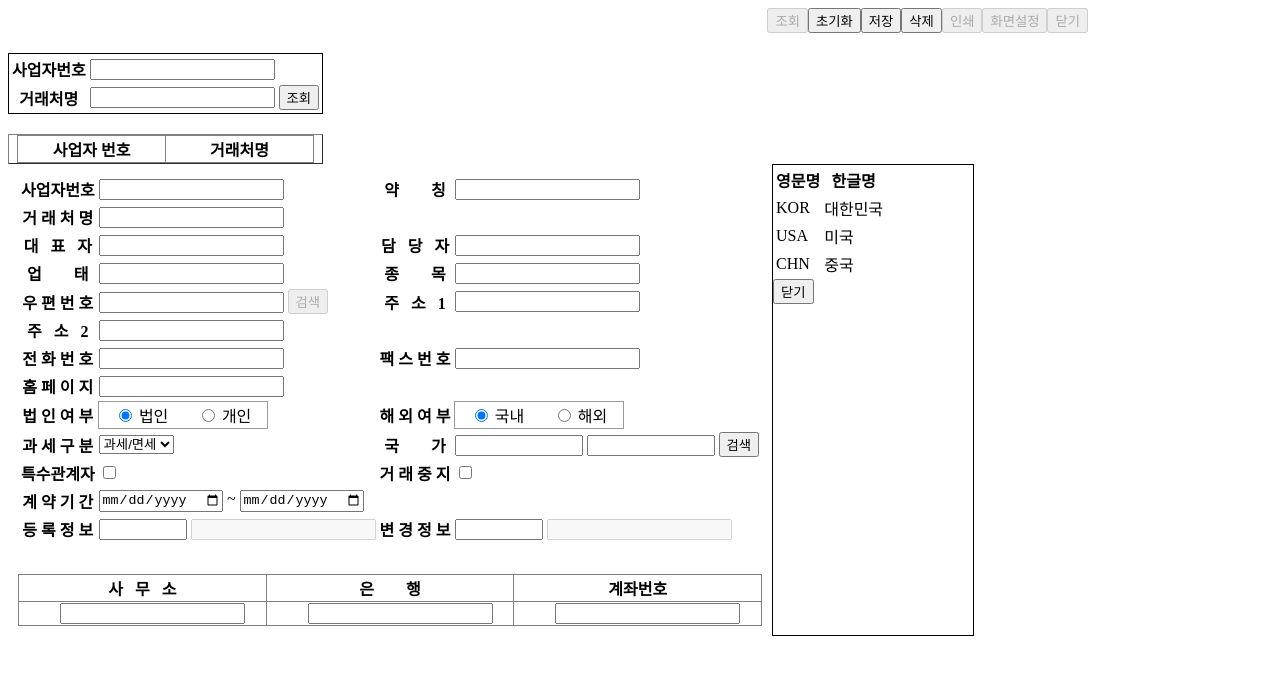
Repository: Chocobe/-practice-FrontSide-Tip
Page: http://localhost/wishTestProject/views/accountManager/accountManagerView.jsp
An editor plug-in stored every save of this project. The page is shown before and after the next save, followed by the edit.
The browser window is 1280 px wide. The pictures show the whole page.
The page is served by Tomcat 9. Nobody is signed in. The application's start-up code is not run. Other server files are loaded and not shown.

Above is the page before, as saved 2020-02-27 08:08:45.

### wishTest/wishTestProject/WebContent/views/accountManager/accountManagerView.jsp
<%@page import="java.util.Date"%>
<%@page import="java.io.File"%>
<%@ page
	language="java"
	contentType="text/html;charset=UTF-8"
	pageEncoding="UTF-8"

	info="거래처 관리 페이지"
%>

<%@ taglib prefix="c" uri="http://java.sun.com/jsp/jstl/core" %>

<c:set var="contextPath" value="<%= request.getContextPath() %>"/>


<%
	String accountManagerView_css = application.getRealPath("/css/accountManager/accountManagerView.css");
	File accountManagerView_css_file = new File(accountManagerView_css);
	Date accountManagerView_css_ver = new Date(accountManagerView_css_file.lastModified());

	String accountManagerView_js = application.getRealPath("/js/accountManager/accountManagerView.js");
	File accountManagerView_js_file = new File(accountManagerView_js);
	Date accountManagerView_js_ver = new Date(accountManagerView_js_file.lastModified());
%>

<c:set var="accountManagerView_css_ver" value="<%= accountManagerView_css_ver %>"/>
<c:set var="accountManagerView_js_ver" value="<%= accountManagerView_js_ver %>"/>


<!DOCTYPE html>
<html lang="ko">
    <head>
        <meta charset="UTF-8">
        <title>거래처 관리</title>

        <link href="${contextPath}/css/accountManager/accountManagerView.css?ver=${accountManagerView_css_ver}" rel="stylesheet" type="text/css">
    </head>

    <body>
        <div class="wrap">
            <!-- 버튼 컨테이너 -->
            <div class="buttonContainer">
                <input type="button" class="search" value="조회" disabled>
                <input type="button" class="init" value="초기화" onclick="initPage(`${contextPath}`);">
                <input type="button" class="insert" value="저장" onclick="insertData(`${contextPath}`);">
                <input type="button" class="delete" value="삭제" onclick="deleteData(`${contextPath}`);">
                <input type="button" class="print" value="인쇄" disabled>
                <input type="button" class="config" value="화면설정" disabled>
                <input type="button" class="close" value="닫기" disabled>
            </div>


            <!-- 검색 컨테이너 -->
            <div class="searchContainer">
                <!-- 검색창 -->
                <div class="searchInnerContainer">
                    <table>
                        <tr>
                            <th>사업자번호</th>

                            <td>
                                <input type="text" name="voBusiNum" class="searchVoBusiNum">
                            </td>

                            <td></td>
                        </tr>

                        <tr>
                            <th>거래처명</th>

                            <td>
                                <input type="text" name="voCustom" class="searchVoCustom">
                            </td>

                            <td>
                                <input type="submit" value="조회" onclick="searchData(`${contextPath}`);">
                            </td>
                        </tr>
                    </table>
                </div>


                <!-- 검색 결과창 -->
                <div class="resultContainer">
                    <table border="1" style="border-collapse: collapse">
                        <tr>
                            <th>사업자 번호</th>
                            <th>거래처명</th>
                        </tr>
                    </table>
                </div>
            </div>


            <!-- 입력 컨테이너 -->
            <!-- "저장"버튼 - js로 submit() -->
            <div class="insertContainer">
                <form class="insertForm" action="${contextPath}/insertCustom.do" method="POST">
                    <table>
                        <tr>
                            <th>사업자번호</th>

                            <td>
                                <input type="text" name="voBusiNum" class="voBusiNum">
                                <input type="hidden" name="voBusiNumOrigin" class="voBusiNumOrigin">
                            </td>


                            <th>약&nbsp;&nbsp;&nbsp;&nbsp;&nbsp;&nbsp;&nbsp;&nbsp;칭</th>

                            <td>
                                <input type="text" name="voShort" class="voShort">
                            </td>
                        </tr>

                        <tr>
                            <th>거 래 처 명</th>

                            <td colspan="4">
                                <input type="text" name="voCustom" class="voCustom longBox">
                            </td>
                        </tr>

                        <tr>
                            <th>대&nbsp;&nbsp;&nbsp;표&nbsp;&nbsp;&nbsp;자</th>

                            <td>
                                <input type="text" name="voCEO" class="voCEO">
                            </td>


                            <th>담&nbsp;&nbsp;&nbsp;당&nbsp;&nbsp;&nbsp;자</th>

                            <td>
                                <input type="text" name="voChargePerson" class="voChargePerson">
                            </td>
                        </tr>

                        <tr>
                            <th>업&nbsp;&nbsp;&nbsp;&nbsp;&nbsp;&nbsp;&nbsp;&nbsp;태</th>

                            <td>
                                <input type="text" name="voBusiCondition" class="voBusiCondition">
                            </td>


                            <th>종&nbsp;&nbsp;&nbsp;&nbsp;&nbsp;&nbsp;&nbsp;&nbsp;목</th>

                            <td>
                                <input type="text" name="voItem" class="voItem">
                            </td>
                        </tr>

                        <tr>
                            <th>우 편 번 호</th>

                            <td>
                                <input type="text" name="voPostNum" class="voPostNum">
                                <input type="button" class="postSearchButton" value="검색" disabled>
                            </td>

                            <th>주&nbsp;&nbsp;&nbsp;소&nbsp;&nbsp;&nbsp;1</th>

                            <td>
                                <input type="text" name="voAddr1" class="voAddr1">
                            </td>
                        </tr>

                        <tr>
                            <th>주&nbsp;&nbsp;&nbsp;소&nbsp;&nbsp;&nbsp;2</th>

                            <td colspan="3">
                                <input type="text" name="voAddr2" class="voAddr2">
                            </td>
                        </tr>

                        <tr>
                            <th>전 화 번 호</th>

                            <td>
                                <input type="text" name="voTEL" class="voTEL">
                            </td>

                            <th>팩 스 번 호</th>

                            <td>
                                <input type="text" name="voFAX" class="voFAX">
                            </td>
                        </tr>

                        <tr>
                            <th>홈 페 이 지</th>

                            <td colspan="3">
                                <input type="text" name="voHomePage" class="voHomePage">
                            </td>
                        </tr>

                        <tr>
                            <th>법 인 여 부</th>

                            <td class="alignTD" style="border: 1px solid #999;">
                                <div class="radioWrap">
                                    <input type="radio" name="voCoYN" class="voCoYN voCoYN_Y" id="voCoYN_L" value="Y" checked>
                                    <label for="voCoYN_L">법인</label>
                                </div>

                                <div class="radioWrap">
                                    <input type="radio" name="voCoYN" class="voCoYN voCoYN_N" id="voCoYN_P" value="N">
                                    <label for="voCoYN_P">개인</label>
                                </div>
                            </td>

                            <th>해 외 여 부</th>

                            <td class="alignTD" style="border: 1px solid #999;">
                                <div class="radioWrap">
                                    <input type="radio" name="voForeignYN" class="voForeignYN voForeignYN_N" id="voForeignYN_L" value="N" checked>
                                    <label for="voForeignYN_L">국내</label>
                                </div>

                                <div class="radioWrap">
                                    <input type="radio" name="voForeignYN" class="voForeignYN voForeignYN_Y" id="voForeignYN_P" value="Y">
                                    <label for="voForeignYN_P">해외</label>
                                </div>
                            </td>
                        </tr>

                        <tr>
                            <th>과 세 구 분</th>

                            <td>
                                <select name="voTaxYN" class="voTaxYN">
                                    <option value="Y" selected>과세/면세</option>
                                    <option value="N">비과세</option>
                                </select>
                            </td>

                            <th>국&nbsp;&nbsp;&nbsp;&nbsp;&nbsp;&nbsp;&nbsp;&nbsp;가</th>

                            <td>
                                <!-- 수정불가로 변경할 것 -->
                                <input type="text" name="voCountryENG" class="voCountryENG">
                                <input type="text" name="voCountryKOR" class="voCountryKOR">

                                <!-- js로 국가 목록 출력 & 위의 입력값에 대입 -->
                                <input type="button" value="검색" onclick="">
                            </td>
                        </tr>

                        <tr>
                            <th>특수관계자</th>

                            <td>
                                <input type="checkbox" name="voSpecialRelation" class="voSpecialRelation" value="Y">
                            </td>

                            <th>거 래 중 지</th>

                            <td>
                                <input type="checkbox" name="voTradeStop" class="voTradeStop" value="Y">
                            </td>
                        </tr>

                        <tr>
                            <th>계 약 기 간</th>

                            <td colspan="3">
                                <input type="date" name="voContractPeriod_S" class="voContractPeriod_S">
                                ~
                                <input type="date" name="voContractPeriod_E" class="voContractPeriod_E">
                            </td>
                        </tr>

                        <tr>
                            <th>등 록 정 보</th>

                            <td>
                                <input type="text" name="voRegiInfoMan" class="voRegiInfoMan">
                                <input type="text" name="voRegiInfoDate" class="voRegiInfoDate" disabled>
                            </td>

                            <th>변 경 정 보</th>

                            <td>
                                <input type="text" name="voModiInfoMan" class="voModiInfoMan">
                                <input type="text" name="voModiInfoDate" class="voModiInfoDate" disabled>
                            </td>
                        </tr>
                    </table>


                    <!-- 거래처 계좌정보 -->
                    <table class="accountInfoTable" border="1" style="border-collapse: collapse;">
                        <tr>
                            <th>사&nbsp;&nbsp;&nbsp;무&nbsp;&nbsp;&nbsp;소</th>
                            <th>은&nbsp;&nbsp;&nbsp;&nbsp;&nbsp;&nbsp;&nbsp;&nbsp;행</th>
                            <th>계좌번호</th>
                        </tr>

                        <tr>
                            <td>
                                <input type="text" name="voFactory" class="voFactory">
                            </td>

                            <td>
                                <input type="text" name="voTradeBank" class="voTradeBank">
                            </td>

                            <td>
                                <input type="text" name="voAccountNum" class="voAccountNum">
                            </td>
                        </tr>
                    </table>
                </form>
            </div>

            <div class="countryPop">
	            <table>
	                <tr>
	                    <th>영문명</th>
	                    <th>한글명</th>
	                </tr>

	                <tr>
	                    <td>KOR</td>
	                    <td>대한민국</td>
	                </tr>

	                <tr>
	                    <td>USA</td>
	                    <td>미국</td>
	                </tr>

	                <tr>
	                    <td>CHN</td>
	                    <td>중국</td>
	                </tr>
	            </table>

	            <input type="button" class="countryPopCloseButton" value="닫기" onclick="">
	        </div>
        </div>

        <script src="http://code.jquery.com/jquery-latest.min.js"></script>
        <script src="${contextPath}/js/accountManager/accountManagerView.js?ver=${accountManagerView_js_ver}" type="text/javascript"></script>
    </body>
</html>

### wishTest/wishTestProject/WebContent/css/accountManager/accountManagerView.css
@charset "UTF-8";

/* .wrap */
    .wrap {
        width: 1080px;

        display: flex;
        flex-flow: row wrap;

        position: relative;
    }


/* .buttonContainer */
    .buttonContainer {
        width: 100%;

        margin-bottom: 20px;

        display: flex;
        flex-flow: row wrap;
        justify-content: flex-end;
    }


/* .searchContainer */
    .searchContainer {
        margin-right: 10px;
        position: relative;
    }


    /* .searchInnerContainer */
    .searchContainer .searchInnerContainer {
        border: 1px solid #000;

        margin-bottom: 20px;
    }


    /* .resultContainer */
    .searchContainer .resultContainer {
    }

    .searchContainer .resultContainer table {
        display: flex;
        justify-content: center;
    }

    .searchContainer .resultContainer table tr th,
    .searchContainer .resultContainer table tr td {
        width: 145px;

        text-align: center;
    }



    .insertContainer .insertForm {
        padding: 10px;

        position: relative;
    }

    .insertContainer .insertForm tr .alignTD {
        width: 166px;

        display: flex;
        flex-flow: row wrap;
        justify-content: space-around;
    }

    .insertContainer .insertForm .voCountryENG,
    .insertContainer .insertForm .voCountryKOR {
        width: 120px;
    }


    /* .accountInfoTable */
    .accountInfoTable {
        width: 100%;

        margin-top: 30px;
    }

    .accountInfoTable tr td input {
        margin-left: 40px;
        text-align: center;
    }

    .voRegiInfoMan,
    .voModiInfoMan {
    	width: 80px;
    }


/* 국가선택 팝업 */
    .wrap .countryPop {
    	width: 200px;
    	border: 1px solid #000;

    	display: absolute;
    	top: 0;
    	left: 0;
    }

### wishTest/wishTestProject/WebContent/js/accountManager/accountManagerView.js
let parsedJSON = null;
let insertButtonURL;

const insertURL = "/insertAccountManagerData.do";
const updateURL = "/updateAccountManagerData.do";

// 초기화
$(function() {
	insertButtonURL = insertURL;
});


// 입력창 초기화
	function initPage(context) {
		location.href = context + "/accountManagerView.do";
	}


// 거래처 검색버튼 메서드
	function searchData(context) {
		const resultContainerTable = $(".resultContainer").children("table").children("tbody");

		const voBusiNum = $(".searchVoBusiNum").val();
		const voCustom = $(".searchVoCustom").val();

		$.ajax({
			type: "POST",
			async: true,
			url: context + "/searchAccountManagerData.do",
			dataType: "TEXT",
			data: {
				"voBusiNum": voBusiNum,
				"voCustom": voCustom
			},
			success: function(jsonString, status) {
				insertButtonURL = updateURL;

				parsedJSON = JSON.parse(jsonString);
				$(".searchCustomData").remove();

				if(parsedJSON == null) {
					alert("데이터를 찾을 수 없습니다.");
					return;
				}

				const tr = $("<tr>").attr({
					"class": "searchCustomData",
				});
				const newBusiNum = $("<td>").text(parsedJSON.customVO.voBusiNum);
				const newCustom = $("<td>").text(parsedJSON.customVO.voCustom);

				$(tr).dblclick(function() {
					viewTotalData();
					alert(insertButtonURL);
				});


				$(tr).append(newBusiNum);
				$(tr).append(newCustom);

				$(resultContainerTable).append(tr);

				/* 출력형식
	            <tr class="searchCustomData">
	                <td>111-11-11111</td>
	                <td>롯데마트</td>
	            </tr>
	            */
			}
		});
	}


	function viewTotalData() {
		/* CUSTOM 데이터 */
		$(".voBusiNum").val(parsedJSON.customVO.voBusiNum);
		$(".voBusiNumOrigin").val(parsedJSON.customVO.voBusiNum);
		$(".voCustom").val(parsedJSON.customVO.voCustom);
		$(".voShort").val(parsedJSON.customVO.voShort);

		$(".voCEO").val(parsedJSON.customVO.voCEO);
		$(".voChargePerson").val(parsedJSON.customVO.voChargePerson);
		$(".voBusiCondition").val(parsedJSON.customVO.voBusiCondition);
		$(".voItem").val(parsedJSON.customVO.voItem);
		$(".voPostNum").val(parsedJSON.customVO.voPostNum);

		$(".voAddr1").val(parsedJSON.customVO.voAddr1);
		$(".voAddr2").val(parsedJSON.customVO.voAddr2); // jj

		$(".voTEL").val(parsedJSON.customVO.voTEL);
		$(".voFAX").val(parsedJSON.customVO.voFAX);
		$(".voHomePage").val(parsedJSON.customVO.voHomePage);


		const voCoYN = parsedJSON.customVO.voCoYN;
		if(voCoYN == "N") {
			$(".voCoYN_N").prop("checked", true);
		}

		const voForeignYN = parsedJSON.customVO.voForeignYN;
		if(voForeignYN == "Y") {
			$(".voForeignYN_Y").prop("checked", true);
		}

		const voTaxYN = parsedJSON.customVO.voTaxYN;
		if(voTaxYN == "N") {
			$(".voTaxYN").val("N");
		}

		$(".voCountryENG").val(parsedJSON.customVO.voCountryENG);
		$(".voCountryKOR").val(parsedJSON.customVO.voCountryKOR);

		const voSpecialRelation = parsedJSON.customVO.voSpecialRelation;
		if(voSpecialRelation == "Y") {
			$(".voSpecialRelation").prop("checked", true);
		}

		const voTradeStop = parsedJSON.customVO.voTradeStop;
		if(voTradeStop == "Y") {
			$(".voTradeStop").prop("checked", true);
		}

		$(".voContractPeriod_S").val(parsedJSON.customVO.voContractPeriod_S_String);
		$(".voContractPeriod_E").val(parsedJSON.customVO.voContractPeriod_E_String);

		$(".voRegiInfoMan").val(parsedJSON.customVO.voRegiInfoMan);
		$(".voRegiInfoDate").val(parsedJSON.customVO.voRegiInfoDate_String);

		$(".voModiInfoMan").val(parsedJSON.customVO.voModiInfoMan);
		$(".voModiInfoDate").val(parsedJSON.customVO.voModiInfoDate_String);

		/* ACCOUNT 데이터 */
		$(".voFactory").val(parsedJSON.accountVO.voFactory);
		$(".voTradeBank").val(parsedJSON.accountVO.voTradeBank);
		$(".voAccountNum").val(parsedJSON.accountVO.voAccountNum);
	}


// 거래처 데이터 저장버튼 메서드
	function insertData(context) {
		$.ajax({
			type: "POST",
			async: true,
			url: context + insertButtonURL,
			dataType: "TEXT",
			data: {
				"voBusiNum": $(".voBusiNum").val(),
				"voBusiNumOrigin": $(".voBusiNumOrigin").val(),
				"voCustom": $(".voCustom").val(),
				"voShort": $(".voShort").val(),

				"voCEO": $(".voCEO").val(),
				"voChargePerson": $(".voChargePerson").val(),
				"voBusiCondition": $(".voBusiCondition").val(),
				"voItem": $(".voItem").val(),
				"voPostNum": $(".voPostNum").val(),

				"voAddr1": $(".voAddr1").val(),
				"voAddr2": $(".voAddr2").val(),

				"voTEL": $(".voTEL").val(),
				"voFAX": $(".voFAX").val(),
				"voHomePage": $(".voHomePage").val(),

				"voCoYN": $(".voCoYN:checked").val(),
				"voForeignYN": $(".voForeignYN:checked").val(),
				"voTaxYN": $(".voTaxYN").val(),

				"voCountryENG": $(".voCountryENG").val(),
				"voCountryKOR": $(".voCountryKOR").val(),

				"voSpecialRelation": $(".voSpecialRelation:checked").val(),
				"voTradeStop": $(".voTradeStop:checked").val(),

				"voContractPeriod_S": $(".voContractPeriod_S").val(),
				"voContractPeriod_E": $(".voContractPeriod_E").val(),

				"voRegiInfoMan": $(".voRegiInfoMan").val(),
				"voRegiInfoDate": $(".voRegiInfoDate").val(),
				"voModiInfoMan": $(".voModiInfoMan").val(),
				"voModiInfoDate": $(".voModiInfoDate").val(),

				"voFactory": $(".voFactory").val(),
				"voTradeBank": $(".voTradeBank").val(),
				"voAccountNum": $(".voAccountNum").val()
			},
			success: function(result, status) {
				if(result == 1) {
					alert("데이터 저장 완료");

				} else {
					alert("데이터 저장 실패...");
				}

				location.href = context + "/accountManagerView.do";
			}
		});
	}


// 거래처 데이터 삭제버튼 메서드
	function deleteData(context) {
		const voBusiNum = $(".voBusiNum").val();

		$.ajax({
			type: "POST",
			async: true,
			url: context + "/deleteAccountManagerData.do",
			dataType: "TEXT",
			data: {
				"voBusiNum": voBusiNum
			},
			success: function(resultValue, status) {
				if(resultValue > 0) {
					alert(voBusiNum + " 데이터가 삭제 되었습니다.");
					location.href = context + "/accountManagerView.do";

				} else {
					alert(voBusiNum + " (은)는 존재하지 않는 데이터 입니다.");
				}
			}
		});
	}

After the next save:
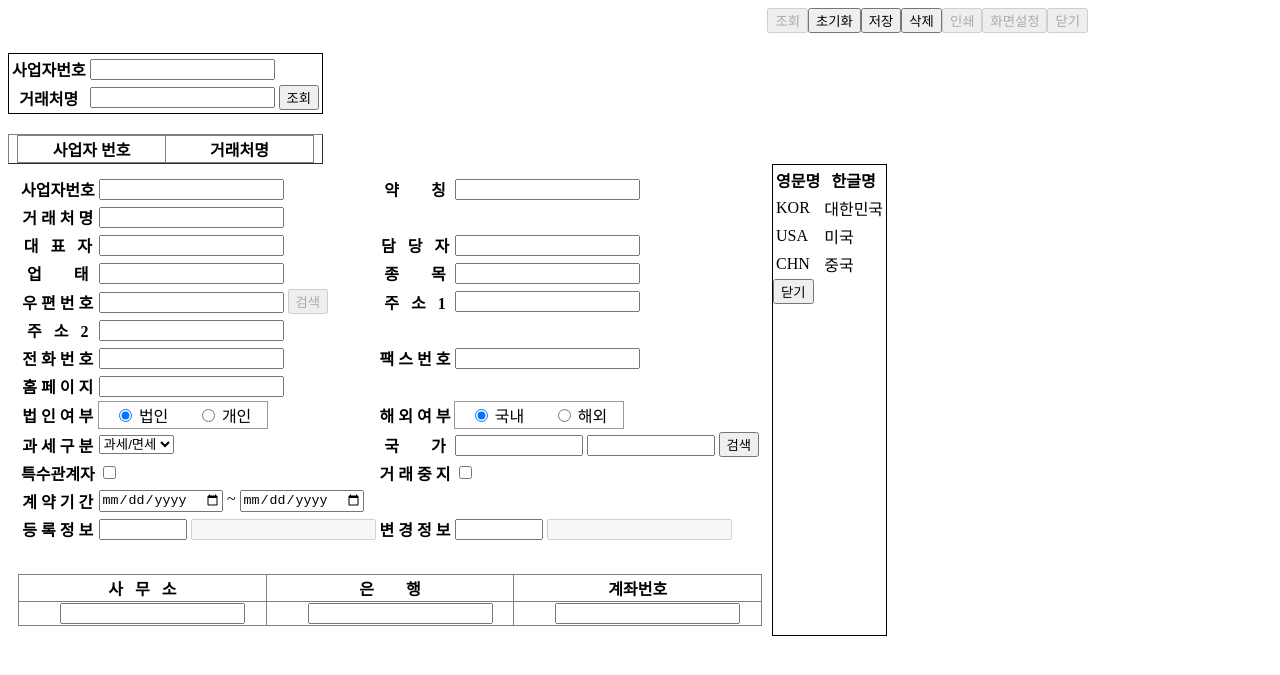
Saved 22 s later.
--- a/wishTest/wishTestProject/WebContent/css/accountManager/accountManagerView.css
+++ b/wishTest/wishTestProject/WebContent/css/accountManager/accountManagerView.css
@@ -96,7 +96,6 @@
 
 /* 국가선택 팝업 */
     .wrap .countryPop {
-    	width: 200px;
     	border: 1px solid #000;
 
     	display: absolute;
